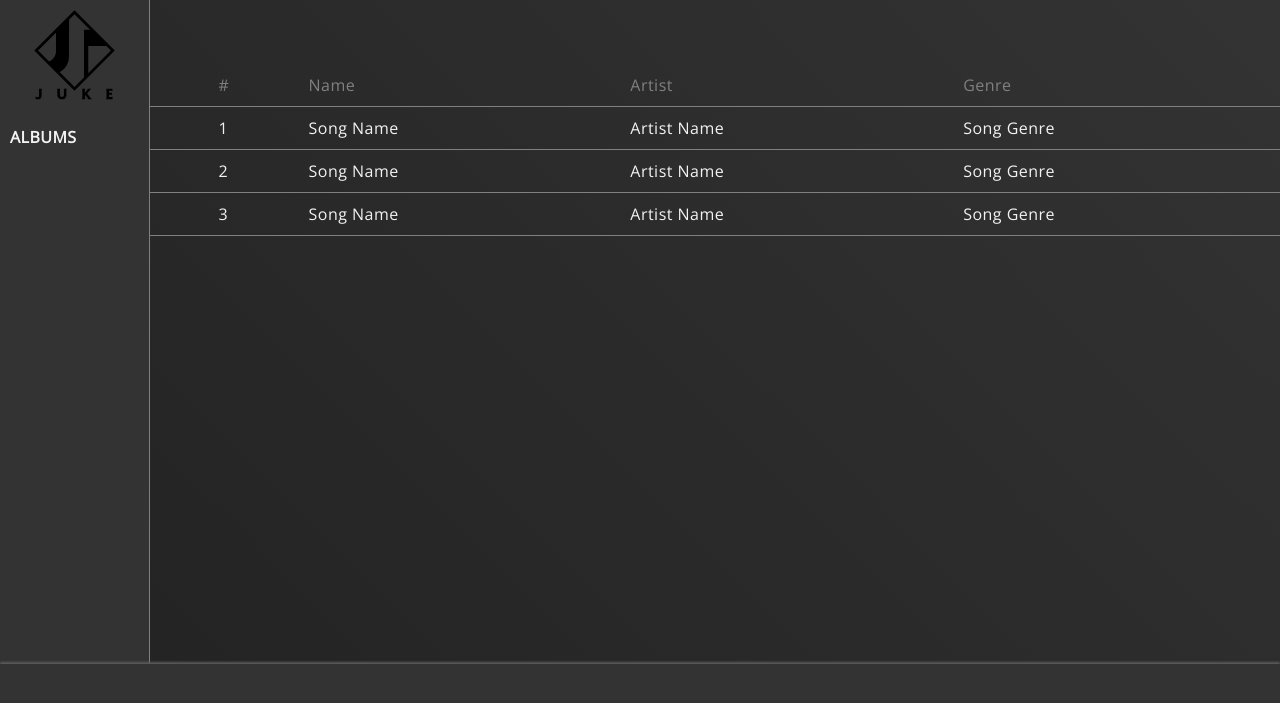
Repository: isiraj/Juke-Box
Page: /
The author's editor kept a copy of each file at every save. The page is drawn from the files as they stood at one save, then again after the next save.
The browser window is 1280 px wide. The pictures show the whole page.
Some icons come from a web library that is not loaded, so they are not drawn. The page's requests for data from a server got no answer. The project was rebuilt for these pictures with package versions that can differ from the ones it lists, and the page was loaded fresh each time. No one was signed in, and anything a server would have sent is missing. Also part of the build but not shown: client/components/Album.js.

Above is the page before, as saved 2021-04-25 00:47:13.

### client/index.html
<!DOCTYPE html>
<html lang="en">
  <head>
    <title>Juke</title>
    <link href="https://fonts.googleapis.com/css?family=Open+Sans" rel="stylesheet">
    <link rel="icon" href="/favicon.ico?v=juke" />
    <link rel="stylesheet" href="/font-awesome.min.css" />
    <link rel="stylesheet" href="/style.css" />
    <script src="/bundle.js" defer></script>
  </head>
  <body>
    <div id="app"></div>
  </body>
</html>

### client/index.js
import React from 'react'
import ReactDOM from 'react-dom'
import Main from './Main'

ReactDOM.render(
  <Main />,
  document.getElementById('app')
)

### client/Main.js
import React from 'react';
import Sidebar from "./components/Sidebar";
import PlayerBar from "./components/PlayerBar";
import AllAlbums from "./components/AllAlbums"
import SingleAlbum from "./components/SingleAlbum"

export default class Main extends React.Component {
  constructor(){
    super()
    this.state = {
      albums:[],
      selectedAlbum: [],
      loaded: false
    }
    this.albumSelected = this.albumSelected.bind("this")
  }

  componentDidMount(){
    fetch("/api/albums", {method: "GET"})
    .then(rawData => rawData.json())
    .then(data => {
      console.log(this.state.albums)
      this.setState({albums: Array.from(data)})
      // console.log(data)
    })
  }

  albumSelected(){
    this.setState({selectedAlbum: {
      "id": 3,
      "name": "Chain React-ion",
      "artworkUrl": "default-album.jpg",
      "artistId": 1,
      "artist": {
        "id": 1,
        "name": "The Crash Test Dummies",
      },
      "songs": [
        {
          "id": 13,
          "name": "Set Some State",
          "audioUrl": "https://storage.googleapis.com/juke-1379.appspot.com/juke-music/Dexter%20Britain/Zenith/01%20Shooting%20Star.mp3",
          "genre": "Instrumental",
          "albumId": 2,
          "artistId": 1
        }
      ]
    }})
  }

  render () {
    return (
      <div id='main' className='row container'>
        <Sidebar />
        {/* <AllAlbums album_data = {this.state.albums}/> */}
        <SingleAlbum album_data = {this.state.selectedAlbum}/>
        {/* {console.log(this.state.albums)} */}
        <PlayerBar />
      </div>
    )
  }
}

### client/components/Sidebar.js
import React from "react"

class Sidebar extends React.Component {
    constructor(){
        super()
    }

    render(){
        return (
            <div id='sidebar'>
                <img src='juke.svg' id='logo' />
                <section>
                <h4>
                    <a>ALBUMS</a>
                </h4>
                </section>
            </div>
        )
    }
}

export default Sidebar

### client/components/PlayerBar.js
import React from "react"

class PlayerBar extends React.Component{
    constructor(){
        super()
    }

    render(){
        return(
            <div id='player-container'>
                <div id='player-controls'>
                    <div className='row center'>
                    <i className='fa fa-step-backward'></i>
                    <i className='fa fa-pause-circle'></i>
                    <i className='fa fa-step-forward'></i>
                    </div>
                </div>
            </div>
        )
    }
}

export default PlayerBar

### client/components/SingleAlbum.js
import React from 'react'
import Album from './Album'
import Songs from './Songs'

class SingleAlbum extends React.Component{
    constructor(){
        super()
    }

    render(){
        console.log(this.props.album_data)
        return(
            <div className='container'>
                <div id='albums' className='row wrap'>
                    {/* <Album key={this.props.album_data[0].id} info = {{album_cover: this.props.album_data[0]["artworkUrl"], album_name: this.props.album_data[0]["name"], artist_name: this.props.album_data[0]["artist"]["name"]}}/> */}
                    {this.props.album_data.map((album) => <Album key={album["id"]} info = {{album_cover: album["artworkUrl"], album_name: album["name"], artist_name: album["artist"]["name"]}}/>)}
                </div>
                <Songs />
            </div>
        )
    }
}

export default SingleAlbum

### client/components/Songs.js
import React from "react"

class Songs extends React.Component{
    constructor(){
        super()
    }

    render(){
        return(
            <table id='songs'>
                <tbody>
                    <tr className='gray'>
                        <td />
                        <td>#</td>
                        <td>Name</td>
                        <td>Artist</td>
                        <td>Genre</td>
                    </tr>
                    <tr>
                        <td><i className='fa fa-play-circle' /></td>
                        <td>1</td>
                        <td>Song Name</td>
                        <td>Artist Name</td>
                        <td>Song Genre</td>
                    </tr>
                    <tr>
                        <td><i className='fa fa-play-circle' /></td>
                        <td>2</td>
                        <td>Song Name</td>
                        <td>Artist Name</td>
                        <td>Song Genre</td>
                    </tr>
                    <tr>
                        <td><i className='fa fa-play-circle' /></td>
                        <td>3</td>
                        <td>Song Name</td>
                        <td>Artist Name</td>
                        <td>Song Genre</td>
                    </tr>
                </tbody>
            </table>

        )
    }
}

export default Songs

### public/style.css
/* tags */
* {
  box-sizing: border-box;
}

body {
  font-family: 'Open Sans', arial,sans-serif;
  padding-bottom: 56px;
  margin: 0;
  height: 100vh;
  width: 100vw;
  background: linear-gradient(45deg, #222, #333);
  background-attachment: fixed;
  color: #f2f2f2;
  letter-spacing: 0.03em;
}

i {
  color: #00aaaa;
  font-size: 2em;
}

p {
  font-size: 14px;
  margin: 0;
}

small {
  font-size: 12px;
  color: darkgray;
}

table {
  border-collapse: collapse;
  width: 100%;
}

table tr:hover {
  background-color: #333;
}

table tr.active {
  background-color: #333;
}

i.fa {
  cursor: pointer;
  font-size: 2em;
  transition: color 0.2s ease;
}

i.fa:hover {
  color: #00aa00;
}

td {
  border-bottom: 1px solid gray;
  padding: 10px;
}

/* ids */
#app {
  height: 100%;
  width: 100%;
  overflow: scroll;
}

#albums {
  margin: 2em;
}

#logo {
  max-height: 100px;
  max-width: 100px;
}

#main > div.container {
  margin-left: 150px;
}

#player-container {
  position: fixed;
  height: 56px;
  width: 100%;
  bottom: 0;
}

#player-controls {
  background-color: #333;
  box-shadow: 0px -2px 2px #5a5a5a;
  height: 100%;
}

#player-controls > div {
  height: 100%;
  align-items: center;
}

#player-controls i {
  font-size: 2em;
  padding: 0 0.5em;
}

#player-controls i:nth-child(2) {
  font-size: 3em;
}

#sidebar {
  min-width: 150px;
  height: 100%;
  background-color: #333;
  border-right: 1px solid gray;
  text-align: center;
  position: fixed;
}

#sidebar img {
  padding-top: 10px;
}

#sidebar section {
  text-align: left;
  padding-left: 10px;
}

#sidebar a {
  transition: border 0.2s ease;
  cursor: pointer;
}

#sidebar a:hover {
  border-bottom: 2px solid #00aaaa;
}

/* classes */
.album {
  margin: 1em;
}

.album img {
  height: 200px;
  width: 200px;
  transition: box-shadow 0.5s ease;
  border-radius: 3px;
}

.album img:hover {
  box-shadow: 2px 2px 2px #5a5a5a;
}

.center {
  justify-content: center;
}

.column {
  display: flex;
  flex-direction: column;
}

.container {
  height: 100%;
  width: 100%;
}

.gray {
  color: gray;
}

.wrap {
  flex-wrap: wrap;
}

.row {
  display: flex;
  flex-direction: row;
}

### client/components/AllAlbums.js
import React from "react"
import Album from "./Album"

class AllAlbums extends React.Component{
    constructor(){
        super()
    }
    render(){
        return (
            <div className='container'>
                <div id='albums' className='row wrap'>
                    {this.props.album_data.map((album) => <Album key={album["id"]} info = {{album_cover: album["artworkUrl"], album_name: album["name"], artist_name: album["artist"]["name"]}}/>)}
                </div>
            </div>
        )
    }
}

export default AllAlbums

After the next save:
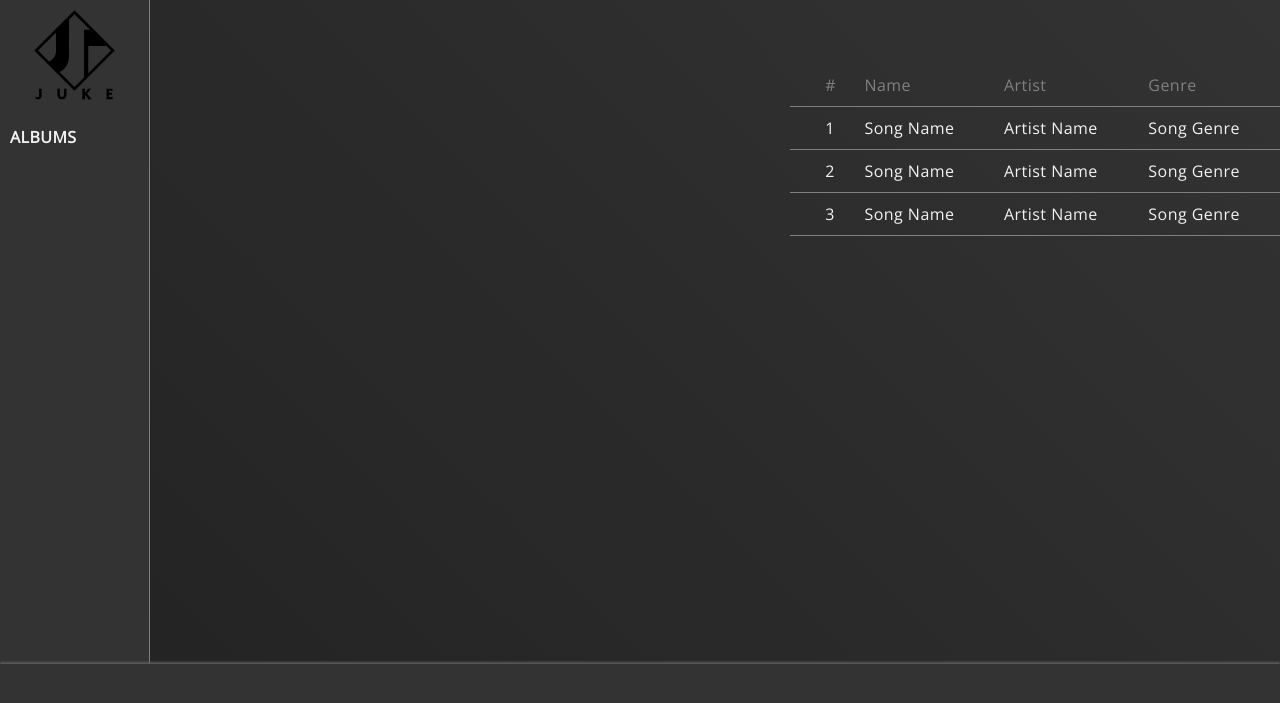
Saved 4 min 37 s later.
--- a/client/Main.js
+++ b/client/Main.js
@@ -45,7 +45,7 @@
           "artistId": 1
         }
       ]
-    }})
+    }, loaded: true})
   }
 
   render () {
@@ -53,6 +53,7 @@
       <div id='main' className='row container'>
         <Sidebar />
         {/* <AllAlbums album_data = {this.state.albums}/> */}
+        {this.state.loaded === true ? <SingleAlbum album_data = {this.state.selectedAlbum}/> : <AllAlbums album_data = {this.state.albums} handleClick = {this.albumSelected}/>}
         <SingleAlbum album_data = {this.state.selectedAlbum}/>
         {/* {console.log(this.state.albums)} */}
         <PlayerBar />
